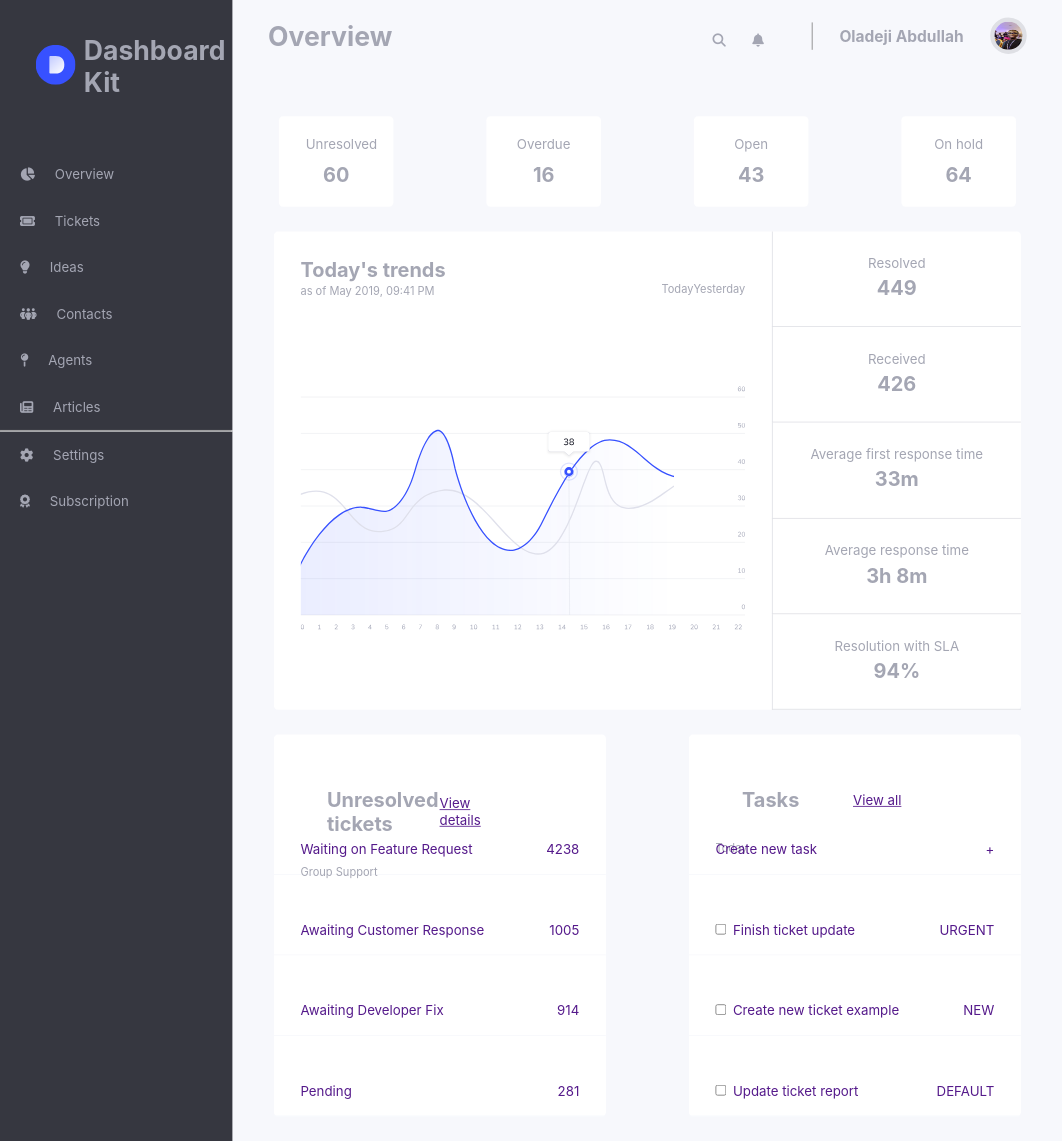
Repository: BuduCE/dashboard
Page: /
These files come from the project's save history. The page is drawn as it stood at one moment and after the next save; the edit follows.
The browser window is 1280 px wide. The pictures show the whole page, at 83% of full size.
Some web libraries are served in a nearby version. The project was rebuilt for these pictures with package versions that can differ from the ones it lists, and the page was loaded fresh each time. Also part of the build but not shown: src/pages/Tickets/index.jsx.

Above is the page before, as saved 2022-08-05 23:49:35.

### public/index.html
<!DOCTYPE html>
<html lang="en">
  <head>
    <meta charset="utf-8" />
    <link rel="icon" href="%PUBLIC_URL%/favicon.ico" />
    <meta name="viewport" content="width=device-width, initial-scale=1" />
    <meta name="theme-color" content="#000000" />
    <meta
      name="description"
      content="Web site created using create-react-app"
    />
    <link rel="apple-touch-icon" href="%PUBLIC_URL%/logo192.png" />
    <!--
      manifest.json provides metadata used when your web app is installed on a
      user's mobile device or desktop. See https://developers.google.com/web/fundamentals/web-app-manifest/
    -->
    <link rel="manifest" href="%PUBLIC_URL%/manifest.json" />
    <!--
      Notice the use of %PUBLIC_URL% in the tags above.
      It will be replaced with the URL of the `public` folder during the build.
      Only files inside the `public` folder can be referenced from the HTML.

      Unlike "/favicon.ico" or "favicon.ico", "%PUBLIC_URL%/favicon.ico" will
      work correctly both with client-side routing and a non-root public URL.
      Learn how to configure a non-root public URL by running `npm run build`.
    -->

    <!-- Font-Awesome  -->
    <link
      rel="stylesheet" href="https://cdnjs.cloudflare.com/ajax/libs/font-awesome/6.1.1/css/all.min.css" integrity="sha512-KfkfwYDsLkIlwQp6LFnl8zNdLGxu9YAA1QvwINks4PhcElQSvqcyVLLD9aMhXd13uQjoXtEKNosOWaZqXgel0g==" crossorigin="anonymous" referrerpolicy="no-referrer"
    />
    <title>Admin Dashboard</title>
  </head>
  <body>
    <noscript>You need to enable JavaScript to run this app.</noscript>
    <div id="root"></div>
    <!--
      This HTML file is a template.
      If you open it directly in the browser, you will see an empty page.

      You can add webfonts, meta tags, or analytics to this file.
      The build step will place the bundled scripts into the <body> tag.

      To begin the development, run `npm start` or `yarn start`.
      To create a production bundle, use `npm run build` or `yarn build`.
    -->
  </body>
</html>

### src/index.css
* {
  margin: 0;
  padding: 0;
  box-sizing: border-box;
}
body {
  margin: 0;
  font-family: -apple-system, BlinkMacSystemFont, 'Segoe UI', 'Roboto', 'Oxygen',
    'Ubuntu', 'Cantarell', 'Fira Sans', 'Droid Sans', 'Helvetica Neue',
    sans-serif;
  -webkit-font-smoothing: antialiased;
  -moz-osx-font-smoothing: grayscale;
  background: rgba(54, 55, 64, 1);
}

code {
  font-family: source-code-pro, Menlo, Monaco, Consolas, 'Courier New',
    monospace;
}

### src/App.js
import './App.css';
// import Overview from './pages/Overview';
// import Header from './components/common/Header';
import Sidenav from './components/common/SideNav';
// import Login from './pages/Login';

function App() {
  return (
    <div className="App">
      <Sidenav />
      {/* <Login /> */}
    </div>
  );
}

export default App;

### src/components/common/SideNav/index.jsx
import React from 'react'
import Overview from '../../../pages/Overview'
import Tickets from '../../../pages/Tickets'
import Header from '../Header'
import Logo from '../Logo'
import './styles.css'

const Sidenav = () => {
  return (
    <div className='dashboard'>
        <div className="navbar">
            <div className="logo">
                <Logo />
                <h1>Dashboard Kit</h1>
            </div>
            <div className="heading">
                <i className='fas fa-chart-pie'></i>
                <p>Overview</p>
            </div>
            <div className="heading">
                <i className='fas fa-ticket'></i>
                <p>Tickets</p>
            </div>
            <div className="heading">
                <i className='fas fa-lightbulb'></i>
                <p>Ideas</p>
            </div>
            <div className="heading">
                <i className='fas fa-people-group'></i>
                <p>Contacts</p>
            </div>
            <div className="heading">
                <i className='fas fa-map-pin'></i>
                <p>Agents</p>
            </div>
            <div className="heading">
                <i className='fas fa-newspaper'></i>
                <p>Articles</p>
            </div>
            <hr />
            <div className="heading">
                <i className='fas fa-gear'></i>
                <p>Settings</p>
            </div>
            <div className="heading">
                <i className='fas fa-award'></i>
                <p>Subscription</p>
            </div>

        </div>
        <div className="info">
            {/* <Header /> */}
            <Overview />
            {/* <Tickets /> */}
        </div>
    </div>
  )
}

export default Sidenav

### src/pages/Overview/index.jsx
import React from 'react'
import './styles.css'
import TrendMap from './graph.svg'
import Header from '../../components/common/Header'

const Overview = () => {
  return (
    <>
        <Header />
        <div className='overview_pg'>
            {/* Specific status */}
            <div className="overview_stat">
                <div className="overview_info">
                    <p>Unresolved</p>
                    <h2>60</h2>
                </div>
                <div className="overview_info">
                    <p>Overdue</p>
                    <h2>16</h2>
                </div>
                <div className="overview_info">
                    <p>Open</p>
                    <h2>43</h2>
                </div>
                <div className="overview_info">
                    <p>On hold</p>
                    <h2>64</h2>
                </div>
            </div>

            {/* Today's trend */}
            <div className="trends">
                <div className="trends_head">
                    <div className="trends_headT">
                        <div className="trend_title">
                            <h2>Today's trends</h2>
                        </div>
                        <div className="trend_title_stat">
                            <div className="trend_date">
                                <small>as of May 2019, 09:41 PM</small>
                            </div>
                            <div className="trend_day">
                                <small>Today</small>
                                <small>Yesterday</small>
                            </div>
                        </div>
                    </div>

                    <div className="trends_headB">
                        <img src={TrendMap} alt="Trend Chart" />
                    </div>
                </div>

                <div className="trends_summary">
                    <div className="summary_type">
                        <p>Resolved</p>
                        <h2>449</h2>
                    </div>
                    <div className="summary_type">
                        <p>Received</p>
                        <h2>426</h2>
                    </div>
                    <div className="summary_type">
                        <p>Average first response time</p>
                        <h2>33m</h2>
                    </div>
                    <div className="summary_type">
                        <p>Average response time</p>
                        <h2>3h 8m</h2>
                    </div>
                    <div className="summary_type">
                        <p>Resolution with SLA</p>
                        <h2>94%</h2>
                    </div>
                </div>
            </div>

            <div className="ticket_n_task">
                <div className="ticket">
                    <div className="ticket_head">
                        <div className="ticket_title">
                            <h2>Unresolved tickets</h2>
                            <a href="">View details</a>
                        </div>
                        <small>Group Support</small>
                    </div>
                    <div className="ticket_list">
                        <a href="">
                            <p>Waiting on Feature Request</p>
                            <p>4238</p>
                        </a>
                        <a href="">
                            <p>Awaiting Customer Response</p>
                            <p>1005</p>
                        </a>
                        <a href="">
                            <p>Awaiting Developer Fix</p>
                            <p>914</p>
                        </a>
                        <a href="">
                            <p>Pending</p>
                            <p>281</p>
                        </a>
                    </div>
                </div>

                <div className="task">
                    <div className="ticket_head">
                        <div className="ticket_title">
                            <h2>Tasks</h2>
                            <a href="">View all</a>
                        </div>
                        <small>Today</small>
                    </div>

                    <div className="ticket_list">
                        <a href="">
                            <p>Create new task</p>
                            <p>+</p>
                        </a>
                        <a href="">
                            <div className='task_todo'>
                                <input type="checkbox" name="" id="" />
                                <label htmlFor="">Finish ticket update</label>
                            </div>

                            <p>URGENT</p>
                        </a>
                        <a href="">
                            <div className='task_todo'>
                                <input type="checkbox" name="" id="" />
                                <label htmlFor="">Create new ticket example</label>
                            </div>

                            <p>NEW</p>
                        </a>
                        <a href="">
                            <div className='task_todo'>
                                <input type="checkbox" name="" id="check" />
                                <label htmlFor="">Update ticket report</label>
                            </div>

                            <p>DEFAULT</p>
                        </a>
                    </div>
                </div>
            </div>
        </div>
    </>
  )
}

export default Overview

### src/components/common/Header/index.jsx
import React from 'react'
import './styles.css'
import budu from './budu.jpg'

const Header = () => {
  return (
    <div className='head_er'>
        <div className="headerL">
            <h1>Overview</h1>
        </div>
        <div className="headerR">
            <i className='fas fa-magnifying-glass icon'></i>
            <i className='fas fa-bell icon bell'></i>
            <h3>Oladeji Abdullah</h3>
            <img src={budu} alt="" />
        </div>
    </div>
  )
}

export default Header

### src/components/common/Logo/index.jsx
import React from 'react'
import companyLogo from './logo.svg'

const Logo = () => {
  return (
    <div>
        <img src={companyLogo} alt="" />
    </div>
  )
}

export default Logo

### src/components/common/SideNav/styles.css
.dashboard{
    display: grid;
    grid-template-columns: 1fr 5fr;
    color: #A4A6B3;
}
.navbar{
    padding: 41px 0;
}
.logo{
    display: flex;
    padding: 43px 43px;
    padding-bottom: 63px;
    padding-top: 0;
    align-items: center;
}
.logo h1{
    margin-left: 10px;
    width: 8.5rem;
}
.heading{
    width: 100%;
    display: flex;
    padding: 18px 24px;
    align-items: center;
}
.heading p{
    margin-left: 24px;
}
.heading:hover{
    border-left: 1px solid #fff;
    color: #fff;
}
.info{
    background: #F7F8FC;
    /* height: 100vh; */
}

### src/pages/Overview/styles.css
.overview_pg{
    margin-top: 54px;
}
.overview_stat{
    display: grid;
    grid-template-columns: 1fr 1fr 1fr 1fr;
    /* justify-content: space-evenly; */
    width: 100%;
}
.overview_info{
    display: flex;
    flex-direction: column;
    text-align: center;
    /* border: 1px solid; */
    border-radius: 5px;
    padding: 24px 32px;
    background: #fff;
    box-shadow: 15px;
    width: 55%;
    margin: auto;
}
.overview_info:hover{
    color: blue;
    border: 1px blue solid;
}
.overview_info p{
    padding-bottom: 12px;
}

/* trend  */
.trends{
    width: 90%;
    background: #fff;
    margin: auto;
    border-radius: 5px;
    height: 80vh;
    margin-top: 30px;
    display: grid;
    grid-template-columns: 2fr 1fr;
    margin-top: 30px;
}
.trends_head{
    padding: 32px;
}
.trend_title_stat{
    display: flex;
    justify-content: space-between;
}
.trend_day{
    display: flex;
    justify-content: space-evenly;
}
.trends_headB img{
    width: 100%;
    margin-top: 54px;
    height: 55vh;
}

/* summary  */
.trends_summary{
    display: grid;
    grid-template-rows: 1fr 1fr 1fr 1fr 1fr;
}
.summary_type{
    padding: 28px;
    border-left: 1px solid #dfe0e5;
    border-bottom: 1px solid #dfe0e5;
    text-align: center;
}
.summary_type p{
    margin-bottom: 6px;
}

/* Tickets */
.ticket_n_task{
    display: grid;
    grid-template-columns: 1fr 1fr;
    width: 90%;
    margin: auto;
    margin-top: 30px;
    margin-bottom: 30px;
}
.ticket{
    margin-right: 50px;
}
.task{
    margin-left: 50px;
}
.ticket,.task{
    border-radius: 5px;
    background: #fff;
}
.ticket_head{
    padding: 32px;
    margin-bottom: 8px;
    width: 80%;
    height: 10vh;
}
.ticket_title{
    display: flex;
    justify-content: space-between;
    align-items: center;
}
.ticket_list a{
    text-decoration: none;
    display: flex;
    justify-content: space-between;
    align-items: center;
    padding: 20px 32px;
    border-bottom: 1px solid #F7F8FC;
    margin-top: 36px;
    align-items: center;
}
.task_todo{
    align-items: center;
}
.task_todo label{
    margin-left: 8px;
}

### src/pages/Tickets/styles.css
.ticket_pg{
    background: #fff;
    border-radius: 5px;
    height: 96vh;
    width: 95%;
    margin: auto;
    margin-top: 54px;
}
.ticket_title{
    display: flex;
    justify-content: space-between;
    padding: 32px;
}
.titleR, .titleR_icon{
    display: flex;
    justify-content: space-between;
    align-items: center;
    margin-left: 32px;
}
.titleR_icon p{
    margin-left: 8px;
}
/* .tab_head{
    display: grid;
    grid-template-columns: 3fr 2fr 2fr 1fr;
    margin: auto;
    padding: 0 77px 12px 31px;
    border-bottom: 1px solid #dfe0e5;
} */
.tab_info{
    display: grid;
    grid-template-columns: 3fr 2fr 2fr 1fr;
    margin: auto;
    padding: 24px 31px;
    border-bottom: 1px solid #dfe0e5;
}
.tab_info:hover{
    background: #F7F8FC;
}
.info_title{
    display: grid;
    grid-template-columns: 1fr 7fr;
}
.info_title img{
    width: 44px;
    height: 44px;
    border: 5px solid #dfe0e5;
    border-radius: 50%;
}
.ticket_tab{
    margin: auto;
}
.info_status{
    display: flex;
    /* grid-template-columns: 1fr 1fr; */
    justify-content: space-between;
    align-items: center;
}
.info_status button{
    padding: 5px 20px;
    border-radius: 40%;
    background: red;
    color: #fff;
    border: none;
}

### src/components/common/Header/styles.css
.head_er{
    display: flex;
    justify-content: space-between;
    width: 100%;
    height: 10vh;
    padding: 43px 43px;
    align-items: center;
}
.headerR{
    display: flex;
    justify-content: space-between;
    align-items: center;
}
.icon{
    width: 16px;
    height: 16px;
    padding: 5px 24px;
}
.bell{
    padding-right: 72px;
}
.headerR h3{
    padding: 5px 32px;
    border-left: 1px solid grey;
}
.headerR img{
    width: 44px;
    height: 44px;
    border-radius: 50%;
    border: 5px solid #dfe0e5;
}

Loaded but not shown: src/index.js (common file); src/reportWebVitals.js (common file); src/App.css (common file)

After the next save:
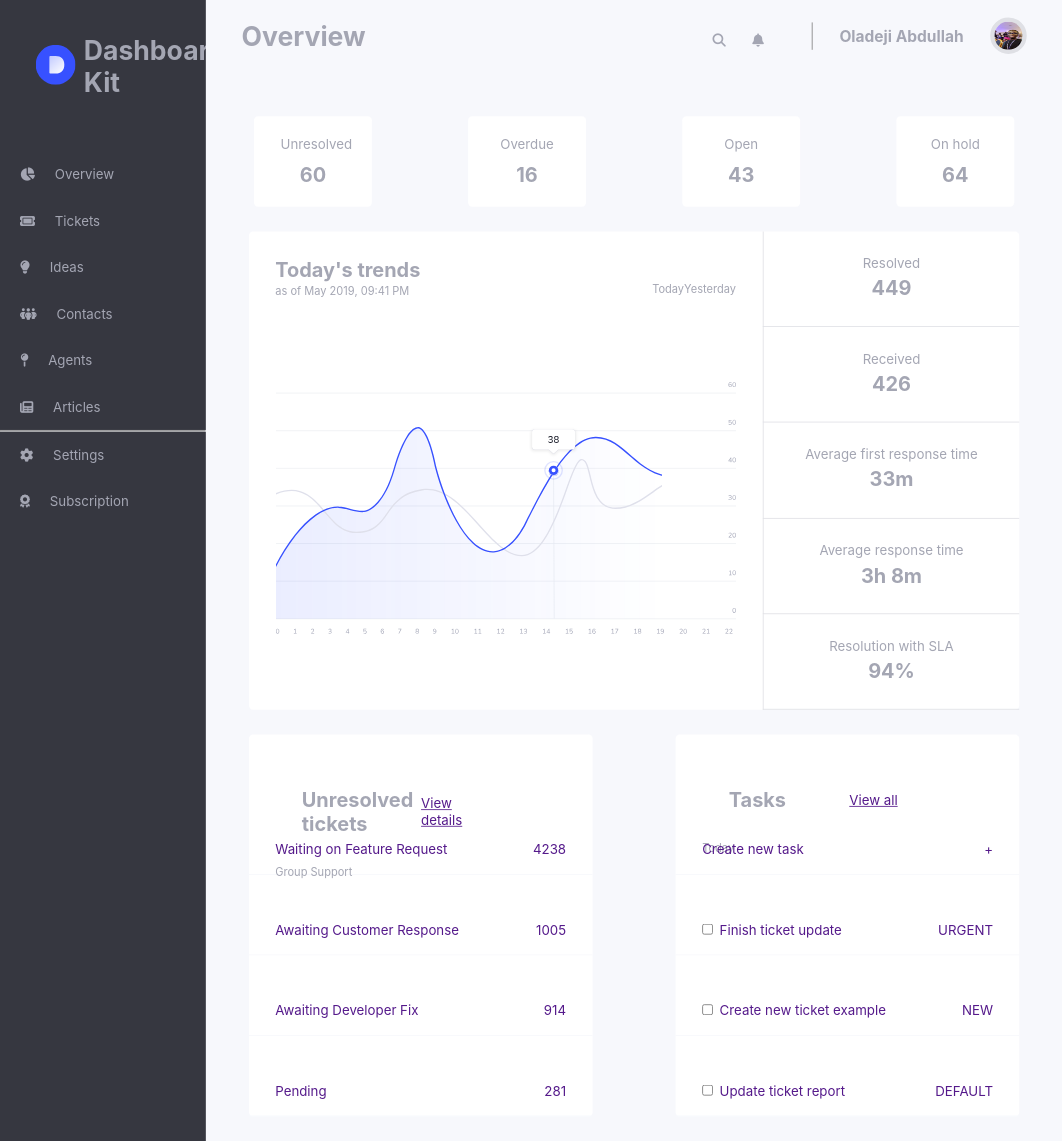
Saved 17 s later.
--- a/src/components/common/SideNav/styles.css
+++ b/src/components/common/SideNav/styles.css
@@ -15,7 +15,7 @@
 }
 .logo h1{
     margin-left: 10px;
-    width: 8.5rem;
+    width: 6.5rem;
 }
 .heading{
     width: 100%;
